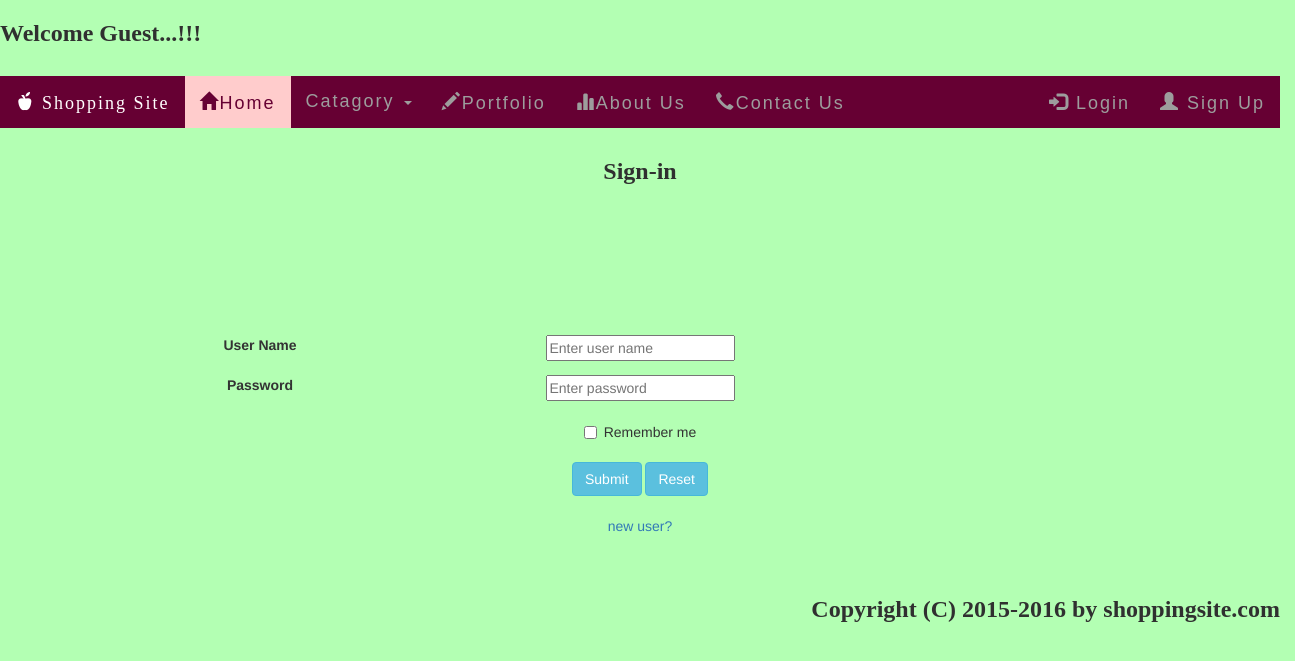
Repository: priyasuthakar/priya
Page: http://localhost/Apple/WEB-INF/views/login.jsp
These files come from the project's save history. The page is drawn as it stood at one moment and after the next save; the edit follows.
The browser window is 1280 px wide. The page is 1295 px wide, then 1280 px, so the pictures cover 1295 px, including what lies to the right of the window. The pictures show the whole page.
The page is served by Tomcat 9. Nobody is signed in. The template is opened directly, without the code that normally fills it, so the values that code supplies are empty.

Above is the page before, as saved 2016-08-20 19:55:17.

After the next save:
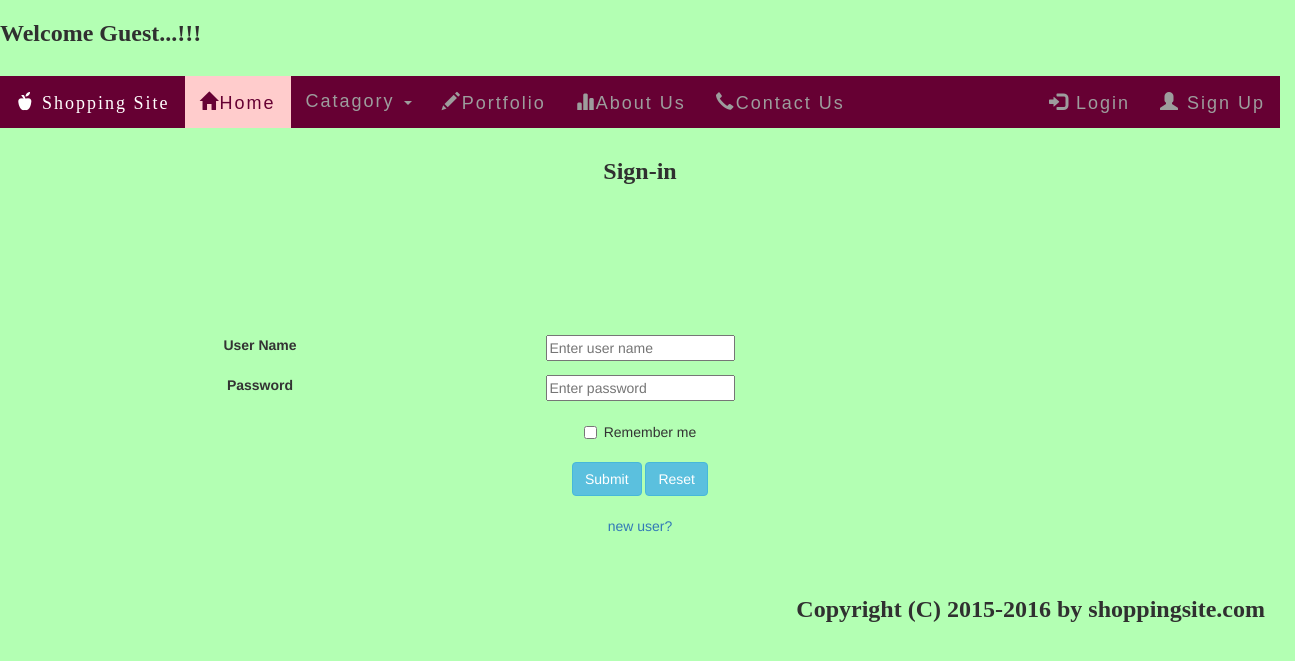
Saved 10 min 37 s later.
--- a/Apple/src/main/webapp/WEB-INF/views/login.jsp
+++ b/Apple/src/main/webapp/WEB-INF/views/login.jsp
@@ -117,6 +117,8 @@ footer .glyphicon {
 			</form>
 		</div>
 	</center>
+	<footer class="container-fluid bg-4 text-center">
 	<%@include file="Footer.jsp"%>
+	</footer>
 </body>
 </html>
